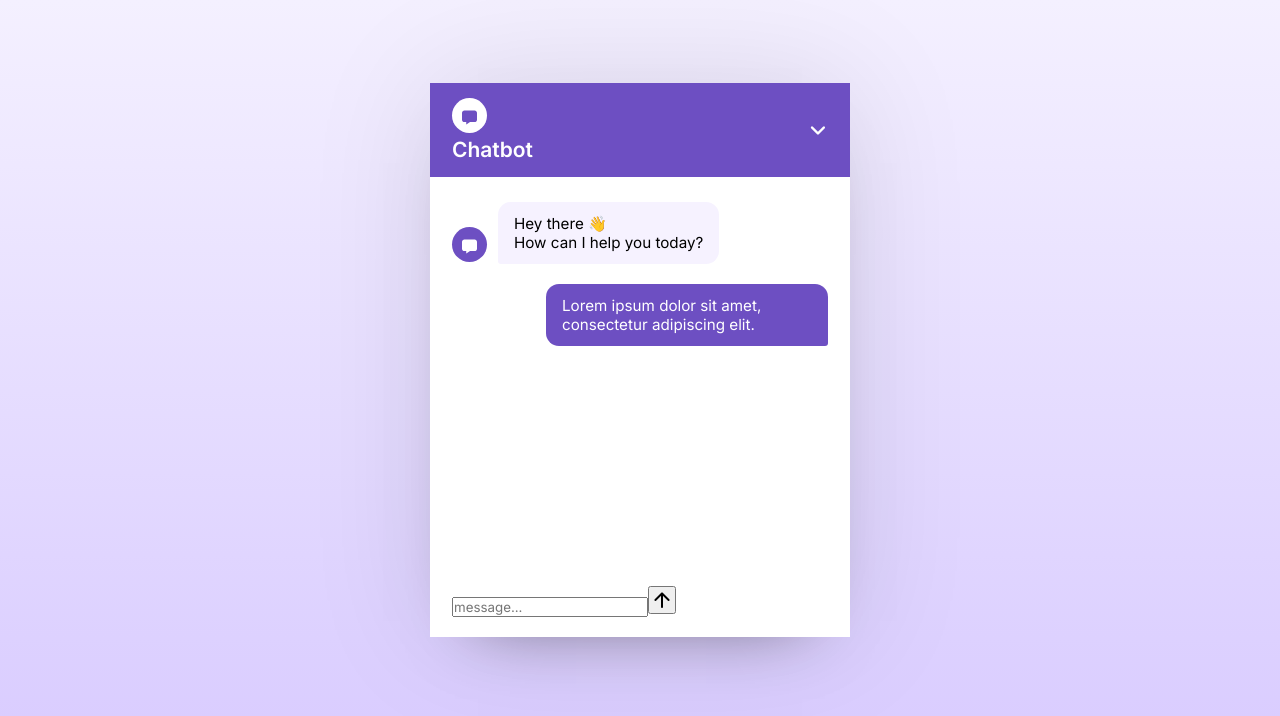
Repository: gogg23/chatbot
Page: / (app in chatbot/)
These files come from the project's save history. The page is drawn as it stood at one moment and after the next save; the edit follows.
The browser window is 1280 px wide. The pictures show the whole page.
The project was rebuilt for these pictures with package versions that can differ from the ones it lists, and the page was loaded fresh each time. Also part of the build but not shown: chatbot/vite.config.js.

Above is the page before, as saved 2025-01-20 20:20:22.

After the next save:
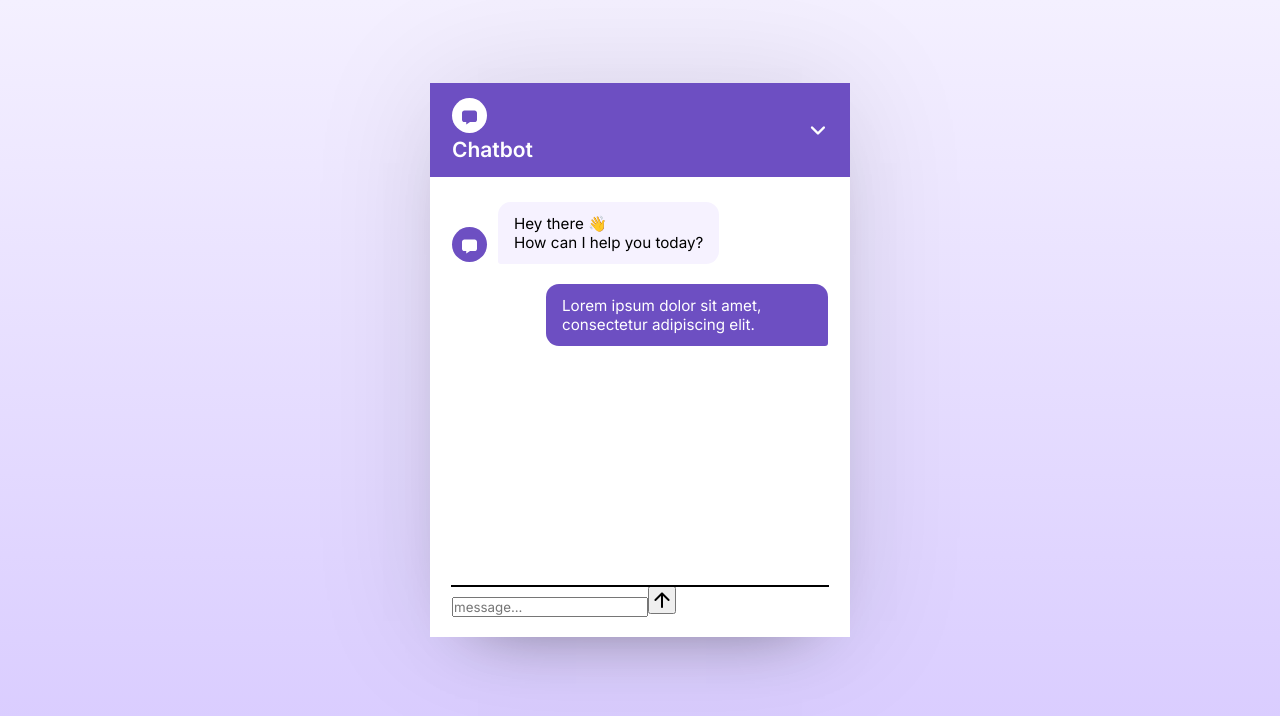
Saved 27 min 10 s later.
--- a/chatbot/src/index.css
+++ b/chatbot/src/index.css
@@ -134,4 +134,8 @@ body {
 }
 
 .chat-footer .chat-form {
+  display: flex;
+  align-items: center;
+  background: #fff;
+  outline: 1px solid;
 }
